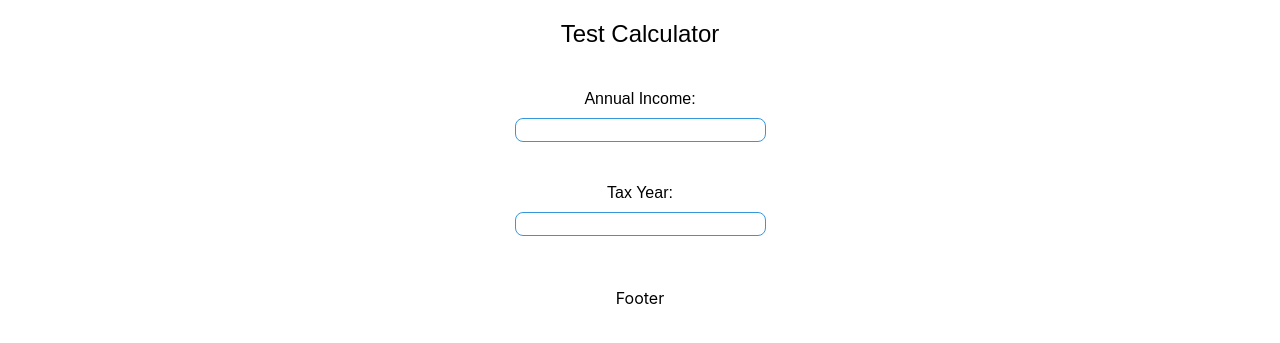
Repository: jbpadilha/taxcalculator
Page: /
These files come from the project's save history. The page is drawn as it stood at one moment and after the next save; the edit follows.
The browser window is 1280 px wide. The pictures show the whole page.
The project was rebuilt for these pictures with package versions that can differ from the ones it lists, and the page was loaded fresh each time.

Above is the page before, as saved 2023-06-16 21:10:33.

After the next save:
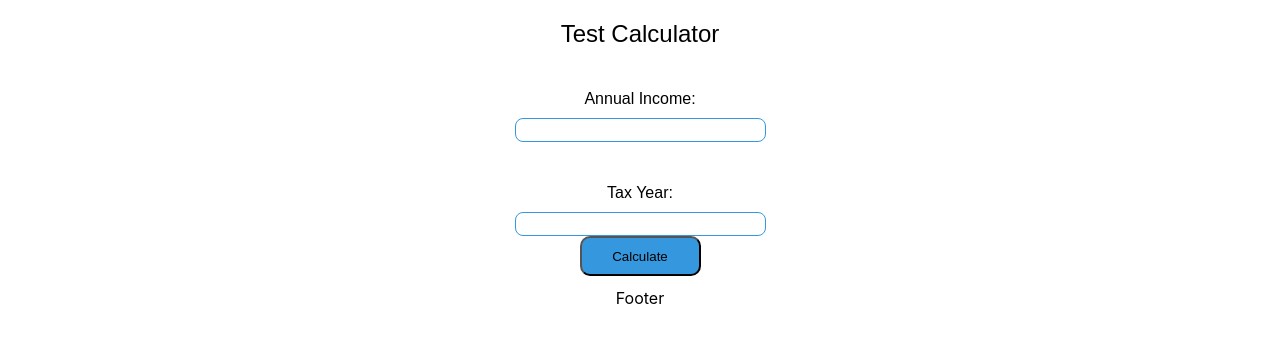
Saved 6 min 2 s later.
--- a/src/components/Main.tsx
+++ b/src/components/Main.tsx
@@ -43,9 +43,23 @@ const styles = {
         color: '#3598de',
         textDecoration: 'none solid rgb(53, 152, 222)'
     },
+    button: {
+        width: 121,
+        height: 40,
+        borderRadius: 10,
+        backgroundColor: '#3598de',
+        //backgroundSize: 'cover',
+        //fontFamily: 'Arial',
+        //fontSize: 16,
+        //color: '#ffffff',
+        //textDecoration: 'none solid rgb(255, 255, 255)',
+        //textAlign: 'center'
+    },
 };
 
 const Main = () => {
+
+    const calculate = () => {};
 
     return (
         <div style={styles.content}>
@@ -67,6 +81,9 @@ const Main = () => {
                         <input style={styles.input} type="text" id="taxYear" name="taxYear" />
                     </div>
                 </div>
+                <div>
+                    <button style={styles.button} onClick={calculate}>Calculate</button>
+                </div>
             </div>
         </div>
     );
